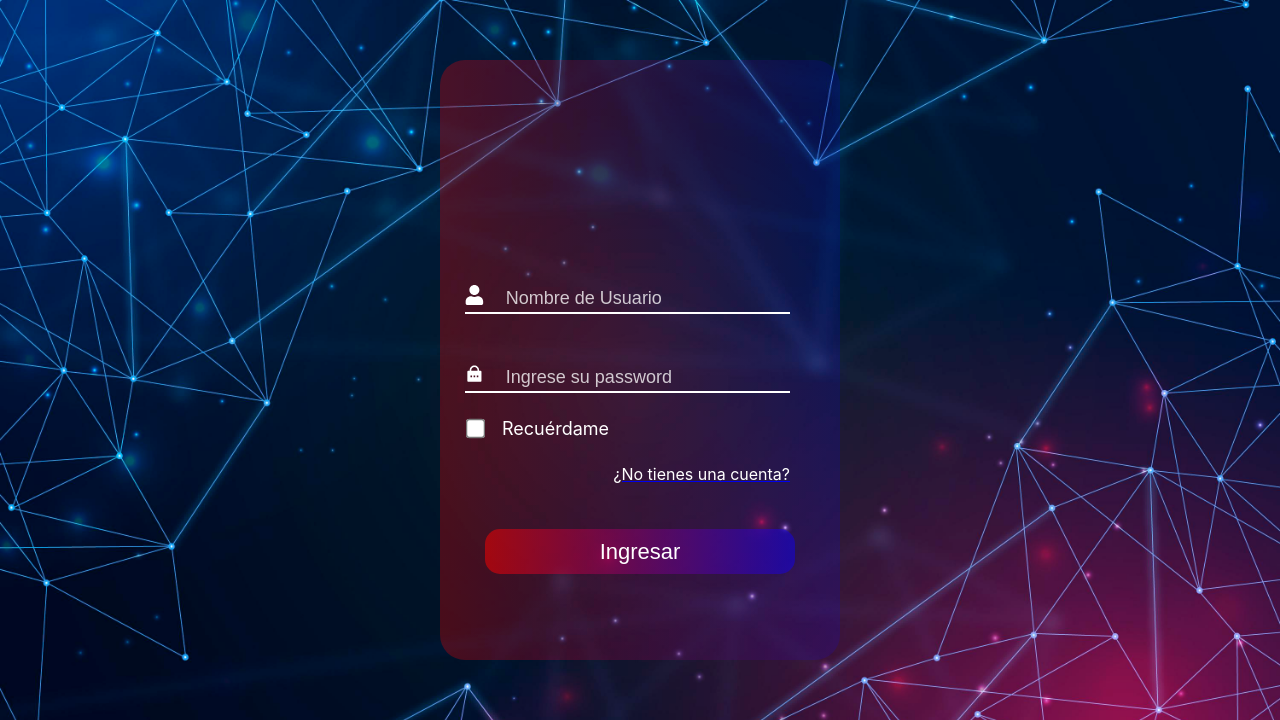
Repository: Davic1o/municipio
Page: /
An editor plug-in stored every save of this project. The page is shown before and after the next save, followed by the edit.
The browser window is 1280 px wide. The pictures show the whole page.
The project was rebuilt for these pictures with package versions that can differ from the ones it lists, and the page was loaded fresh each time. Also part of the build but not shown: src/pages/Administrador/Admin.jsx, src/pages/Coord/Coord.jsx, src/pages/User/User.jsx, src/pages/Register/login.css, src/pages/Register/Register.jsx.

Above is the page before, as saved 2024-02-06 17:55:33.

After the next save:
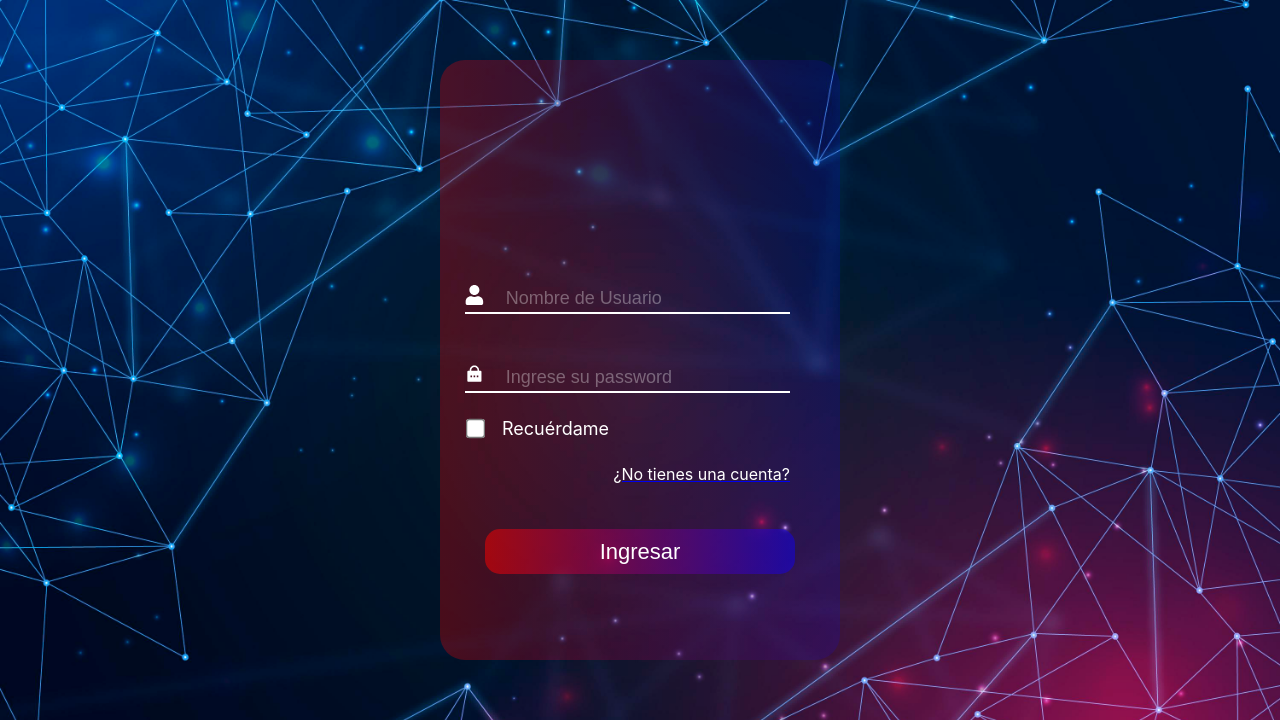
Saved 17 s later.
--- a/src/pages/Login/login.css
+++ b/src/pages/Login/login.css
@@ -41,7 +41,7 @@
 }
 .inp__nombre::placeholder, .inp__password::placeholder{
     font-size: 18px;
-color: rgba(255, 255, 255, 0.767);
+color: rgba(255, 255, 255, 0.336);
 }
 .inp__nombre:focus, .inp__password:focus{
     outline: none;
